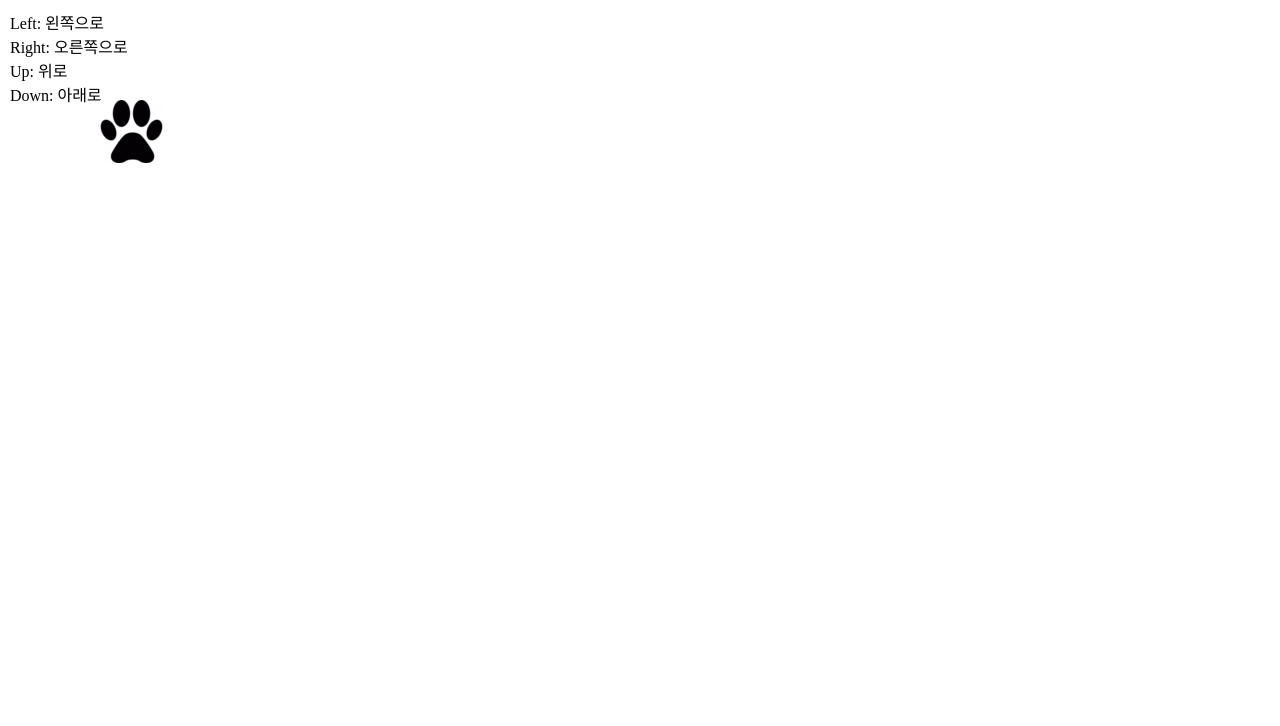
Repository: chanjungkim/vue_hrd
Page: vueexp/WebContent/a04_event/a03_eventEx.html
These files come from the project's save history. The page is drawn as it stood at one moment and after the next save; the edit follows.
The browser window is 1280 px wide. The pictures show the whole page.

Above is the page before, as saved 2019-09-21 03:07:02.

After the next save:
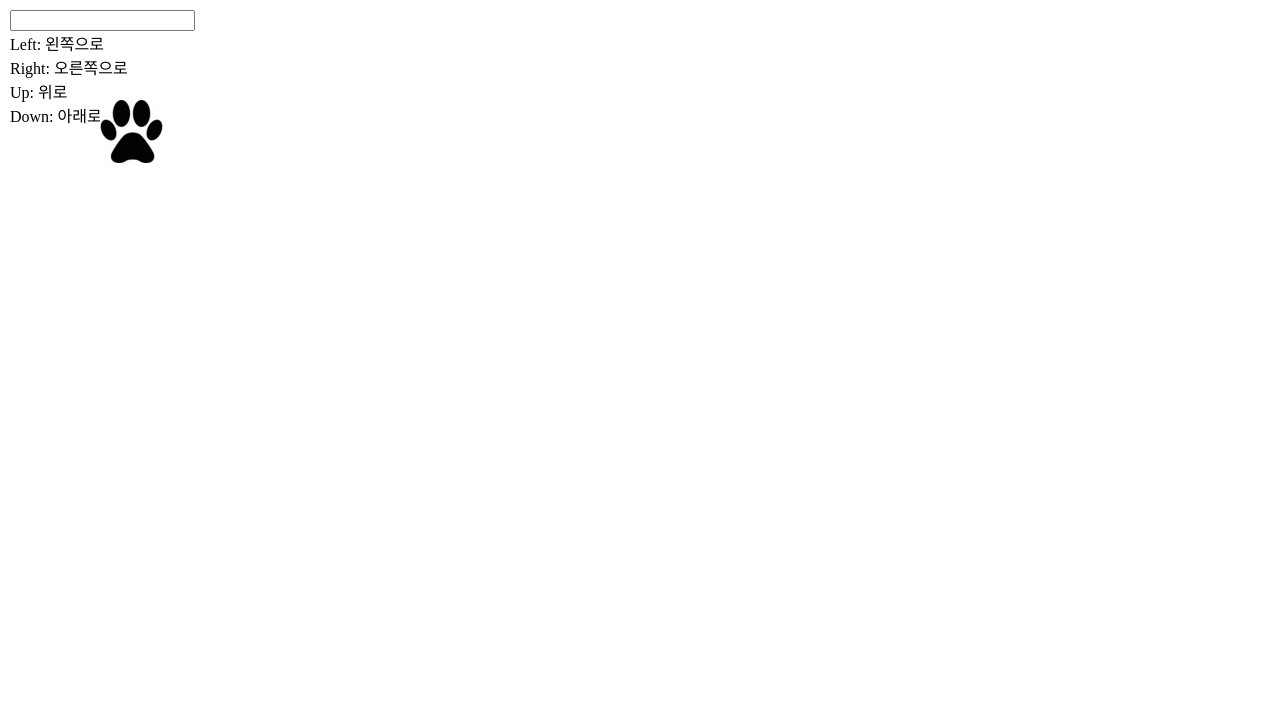
Saved 109 s later.
--- a/vueexp/WebContent/a04_event/a03_eventEx.html
+++ b/vueexp/WebContent/a04_event/a03_eventEx.html
@@ -12,8 +12,8 @@
   <script src="https://unpkg.com/vue/dist/vue.min.js"></script>
 </head>
 <body>
-<div id="example" v-on:contextmenu.prevent="ctxStop"
-    @keyup="pressKey">
+<div id="example" v-on:contextmenu.prevent="ctxStop">
+	<input @keyup="pressKey"/>
     <div>
       Left: 왼쪽으로<br />
       Right: 오른쪽으로<br />
